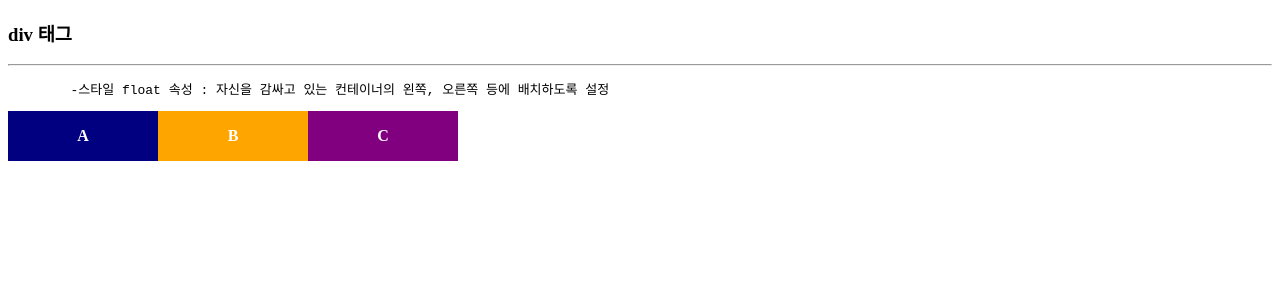
Repository: marudaga/html-css-lecture
Page: work/study/src/main/webapp/htmlEx/ch03/ex06.html
The author's editor kept a copy of each file at every save. The page is drawn from the files as they stood at one save, then again after the next save.
The browser window is 1280 px wide. The pictures show the whole page.

Above is the page before, as saved 2022-09-06 07:44:51.

After the next save:
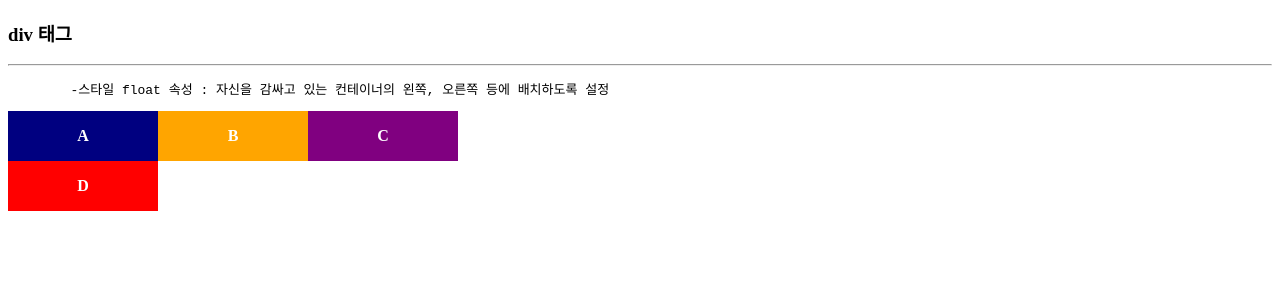
Saved 3 min 11 s later.
--- a/work/study/src/main/webapp/htmlEx/ch03/ex06.html
+++ b/work/study/src/main/webapp/htmlEx/ch03/ex06.html
@@ -24,7 +24,7 @@
 	<div class="box" style="background: orange;float: left;">B</div>
 	<div class="box" style="background: purple; float: left;">C</div>
 </div>
-
-<div class="box" style="background: red; float: inherit;">D</div>
+<!-- 위 float :left;로 인하여 아래 D는 사라짐 -->
+<div class="box" style="background: red; clear:both;">D</div>
 </body>
 </html>
